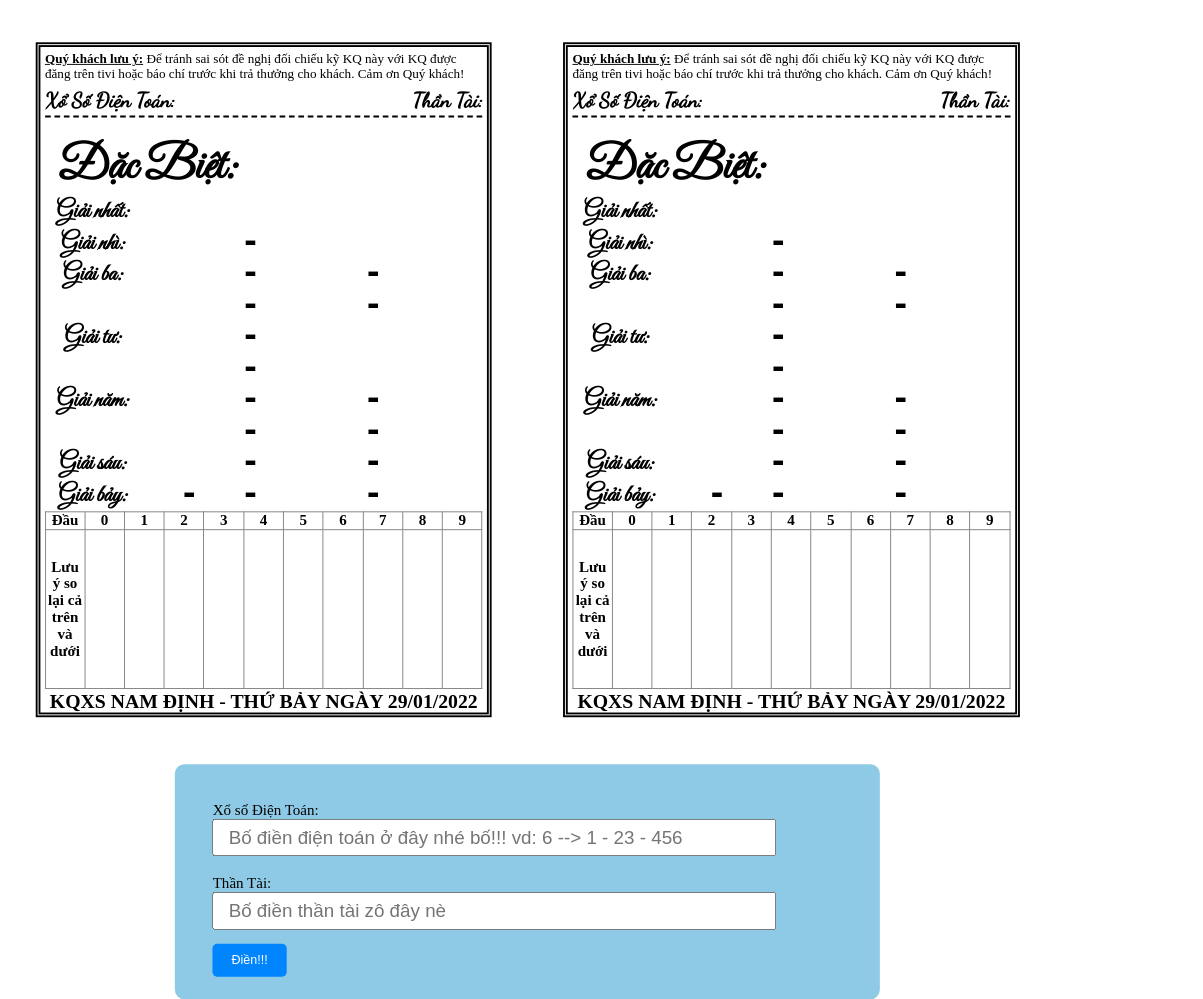
Repository: AnhDuc0125/xskt123
Page: index.html
The author's editor kept a copy of each file at every save. The page is drawn from the files as they stood at one save, then again after the next save.
The browser window is 1280 px wide. The pictures show the whole page, at 94% of full size.
The page's requests for data from a server got no answer. Some web fonts or font styles are not loaded; a fallback is used.

Above is the page before, as saved 2022-01-29 23:38:42.

After the next save:
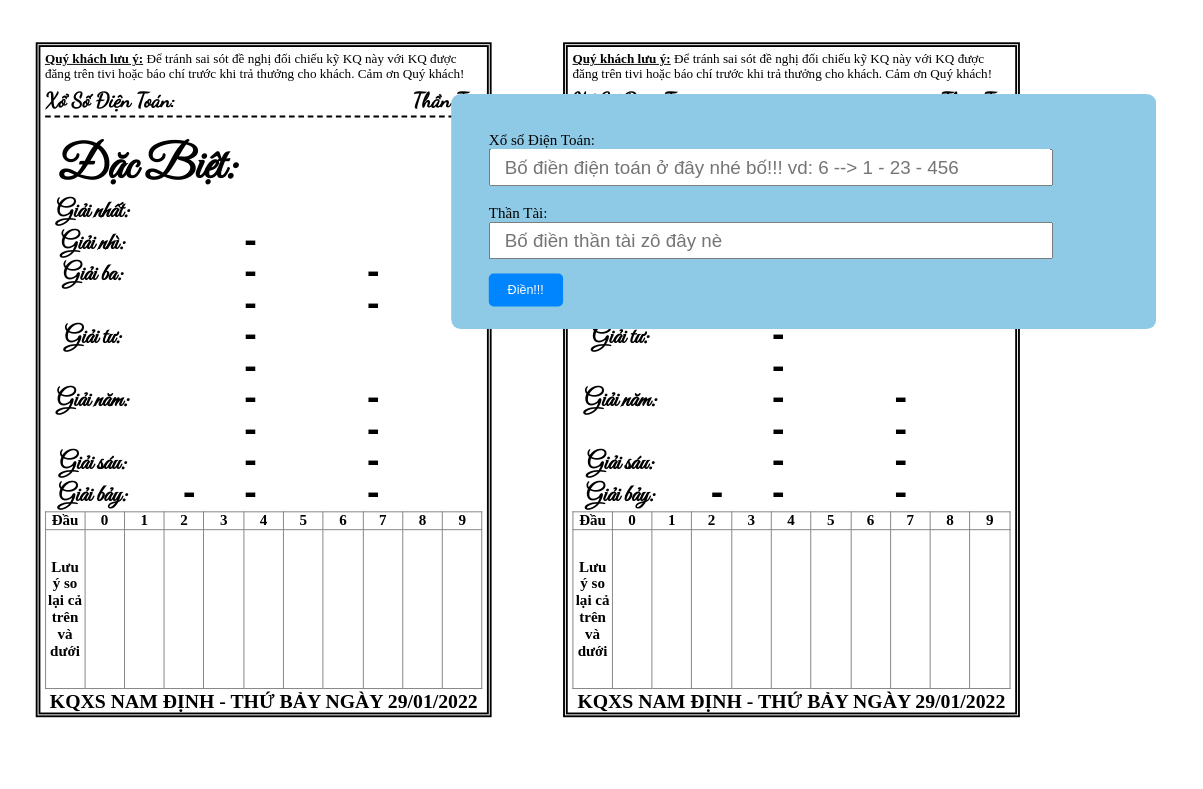
Saved 60 s later.
--- a/style.css
+++ b/style.css
@@ -175,6 +175,9 @@
   color: black;
   background-color: #8ecae6;
   margin-top: 50px;
+  position: fixed;
+  top: 50px;
+  right: 50px;
 }
 
 .form__group {

After the save that followed:
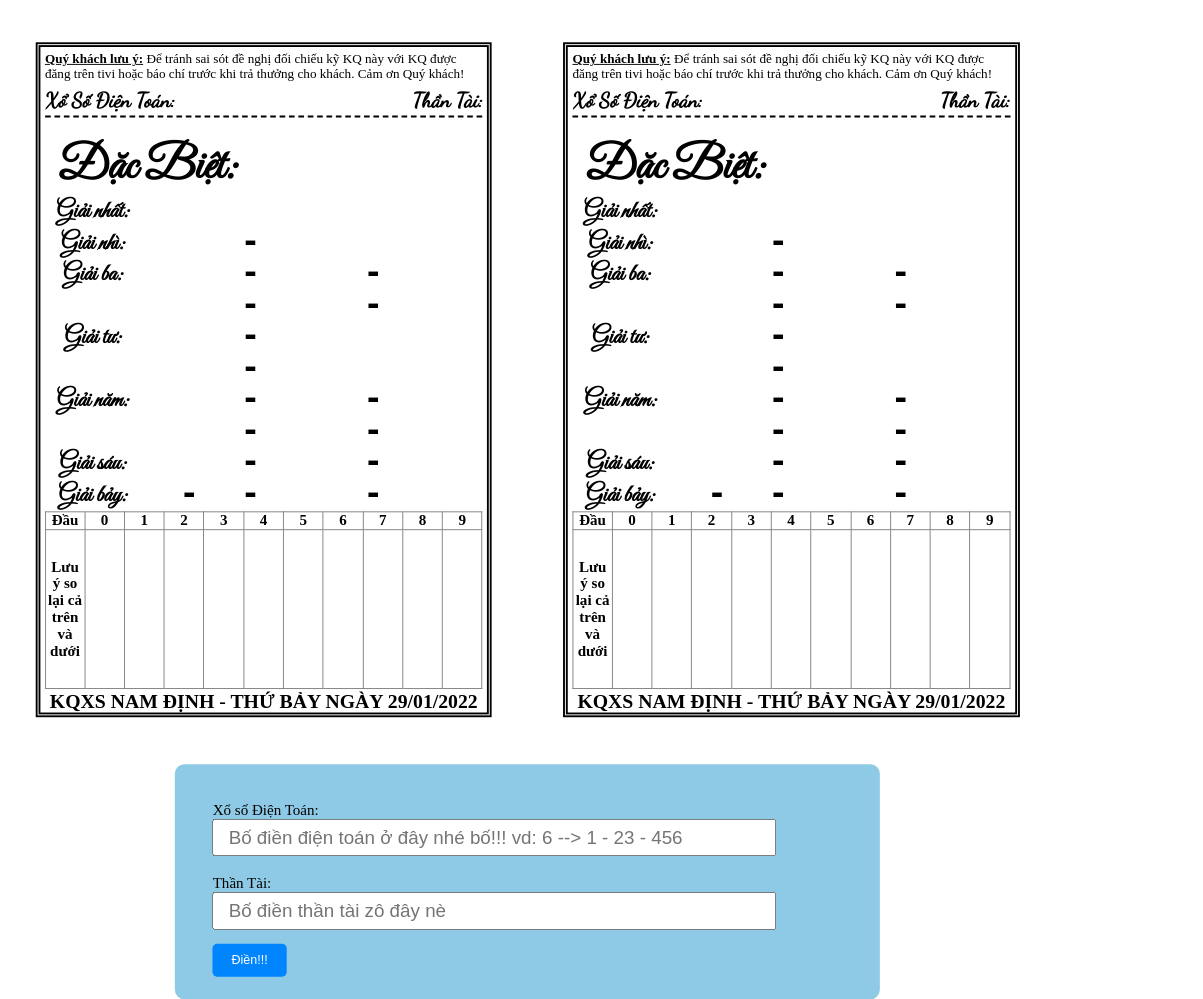
Saved 28 s later.
--- a/style.css
+++ b/style.css
@@ -175,9 +175,6 @@
   color: black;
   background-color: #8ecae6;
   margin-top: 50px;
-  position: fixed;
-  top: 50px;
-  right: 50px;
 }
 
 .form__group {
